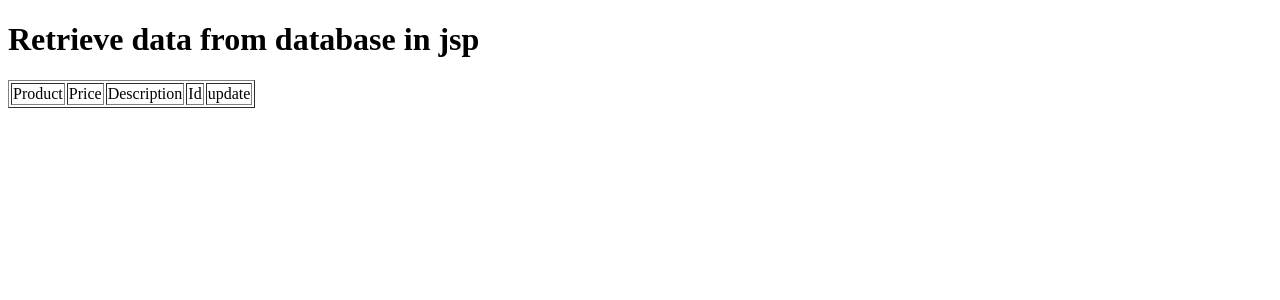
Repository: Shreya200012/FoodBox
Page: http://localhost/foodWeb/updateData.jsp
An editor plug-in stored every save of this project. The page is shown before and after the next save, followed by the edit.
The browser window is 1280 px wide. The pictures show the whole page.
The page is served by Tomcat 9. Queries for data that is not in the repository find no rows.

Above is the page before, as saved 2022-06-14 13:51:55.

After the next save:
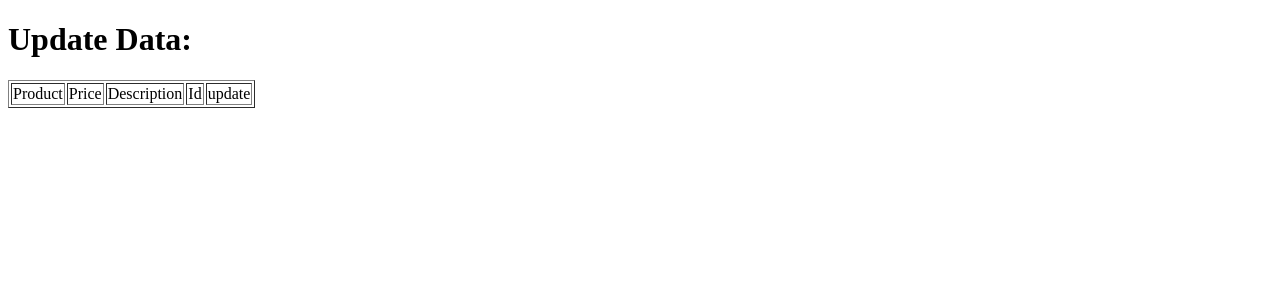
Saved 5 min 16 s later.
--- a/foodWeb/src/main/webapp/updateData.jsp
+++ b/foodWeb/src/main/webapp/updateData.jsp
@@ -26,7 +26,7 @@ ResultSet resultSet = null;
 <html>
 <body>
 
-<h1>Retrieve data from database in jsp</h1>
+<h1>Update Data: </h1>
 
 <table border="1">
 <tr>
